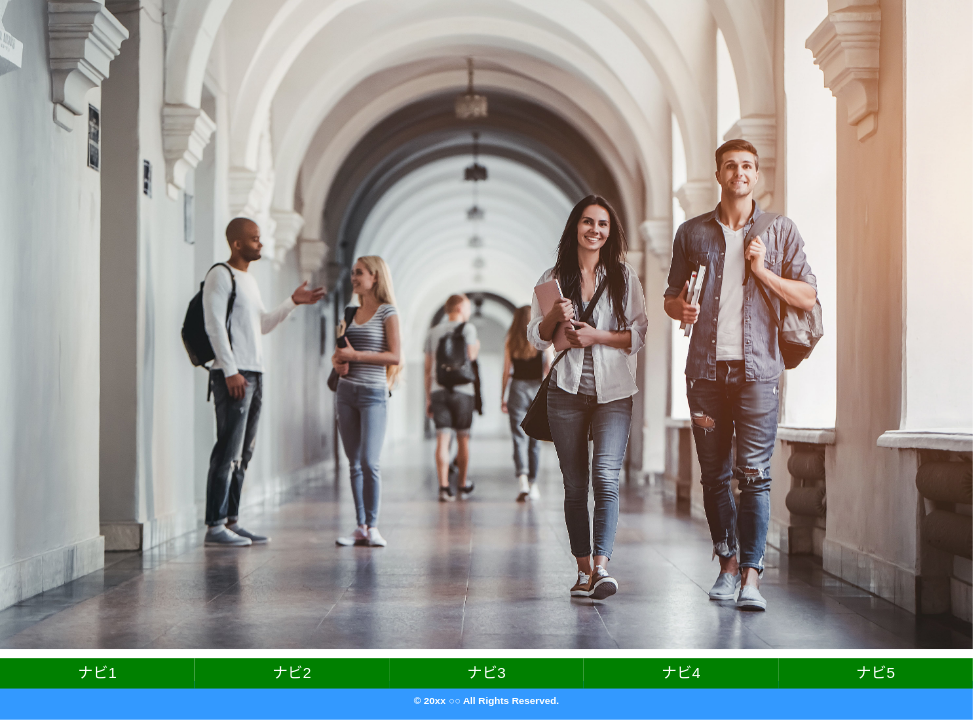
Repository: dainak/samurai_HTML-CSS
Page: home.html
The author's editor kept a record of every edit. The page is drawn from the files as they stood at one moment, then again after the next edit.
The browser window is 1280 px wide. The pictures show the whole page, at 76% of full size.

Above is the page before.

After the next edit:
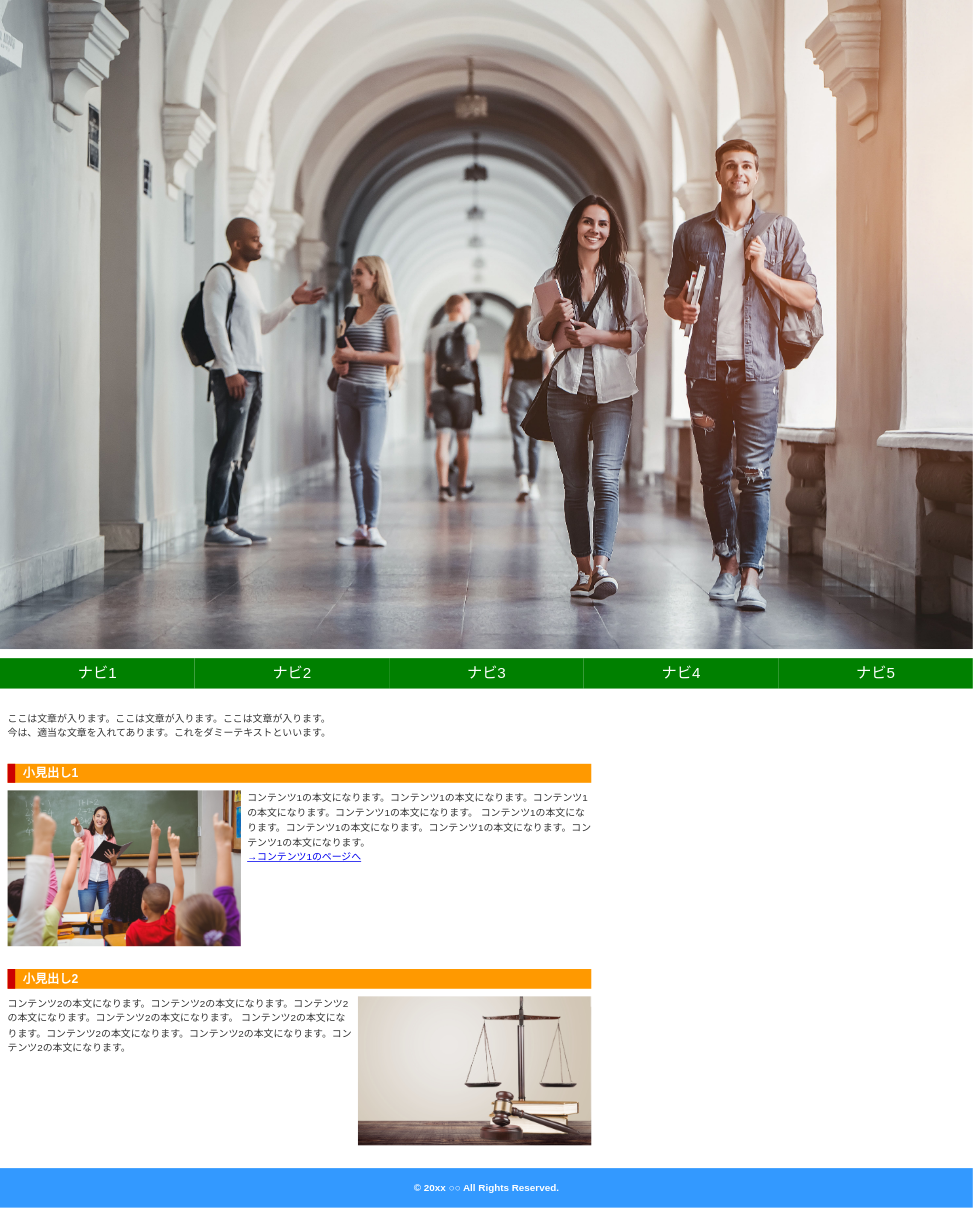
The edit:
--- a/home.html
+++ b/home.html
@@ -20,7 +20,53 @@
                     <li><a href="#">ナビ5</a></li>
                 </ul>
             </div>
+            <div id="container">
 
+                 <div id="main">
+
+                     <div class="post">
+
+                         <p>ここは文章が入ります。ここは文章が入ります。ここは文章が入ります。<br />今は、適当な文章を入れてあります。これをダミーテキストといいます。</p>
+
+                     </div>
+
+                     <div class="post clearfix">
+
+                         <h2>小見出し1</h2>
+
+                         <img class="left" src="images/classroom.jpg" alt="授業風景" />
+
+                         <p>
+
+                             コンテンツ1の本文になります。コンテンツ1の本文になります。コンテンツ1の本文になります。コンテンツ1の本文になります。
+
+                             コンテンツ1の本文になります。コンテンツ1の本文になります。コンテンツ1の本文になります。コンテンツ1の本文になります。
+
+                         </p>
+
+                         <p><a href="#">→コンテンツ1のページへ</a></p>
+
+                     </div>
+
+                     <div class="post clearfix">
+
+                         <h2>小見出し2</h2>
+
+                         <img class="right" src="images/scale.jpg" alt="天秤" />
+
+                         <p>
+
+                             コンテンツ2の本文になります。コンテンツ2の本文になります。コンテンツ2の本文になります。コンテンツ2の本文になります。
+
+                             コンテンツ2の本文になります。コンテンツ2の本文になります。コンテンツ2の本文になります。コンテンツ2の本文になります。
+
+                         </p>
+
+                     </div>
+
+                 </div>
+
+             </div>
         </div>
         <div id="footer">
             <p>&copy; 20xx ○○ All Rights Reserved.</p>
